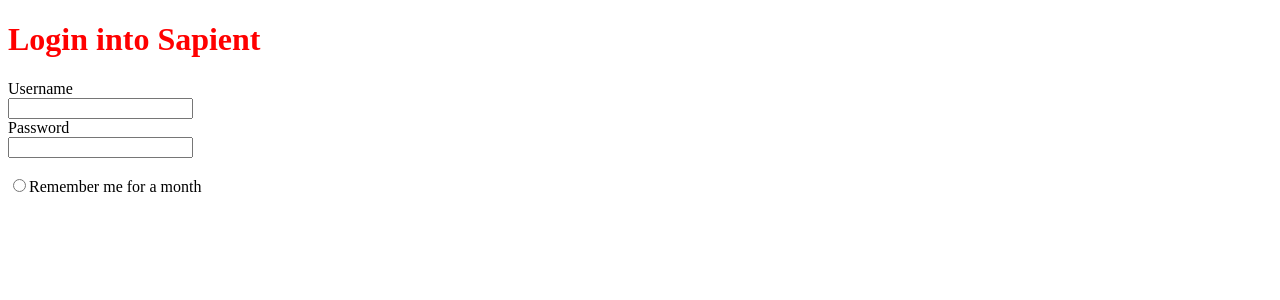
Repository: sauran/SapientTraining
Page: DemoProject/WebContent/Login.html
An editor plug-in stored every save of this project. The page is shown before and after the next save, followed by the edit.
The browser window is 1280 px wide. The pictures show the whole page.

Above is the page before, as saved 2015-09-15 08:58:36.

### DemoProject/WebContent/Login.html
<!DOCTYPE html>
<html>
<head>
<meta charset="ISO-8859-1">
<title >Welcome To Sapient</title>
</head>
<body>

<h1 style = "color:red" "text-align="right"> Login into Sapient </h1>
<form action=""  method = "get" id = "form">
Username <br>
<input  type = "text"   name = "username"><br>
Password<br>
<input type = "password"  name = "password"><br><br>

<input type  = "radio" >Remember me for a month



</form>

</body>
</html>

After the next save:
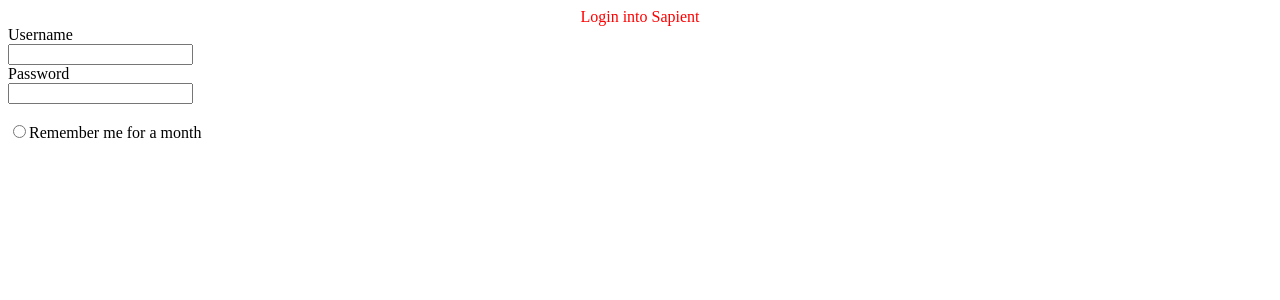
Saved 26 s later.
--- a/DemoProject/WebContent/Login.html
+++ b/DemoProject/WebContent/Login.html
@@ -6,7 +6,7 @@
 </head>
 <body>
 
-<h1 style = "color:red" "text-align="right"> Login into Sapient </h1>
+<center style = "color:red" "text-align="right"> Login into Sapient </center>
 <form action=""  method = "get" id = "form">
 Username <br>
 <input  type = "text"   name = "username"><br>

After the save that followed:
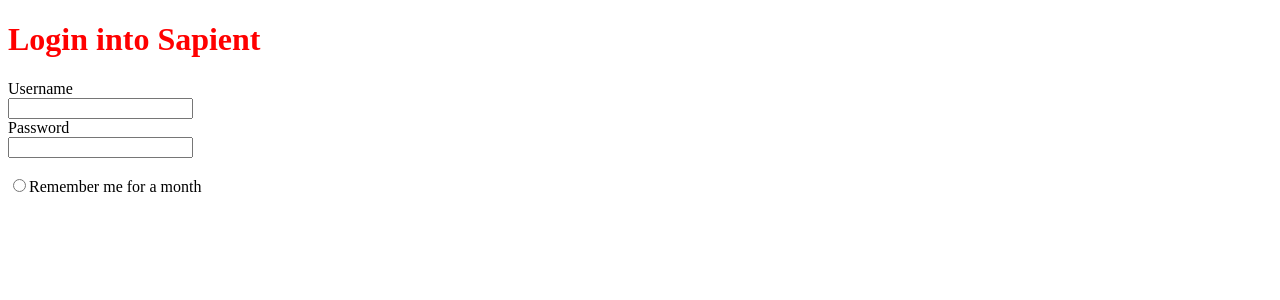
Saved 13 s later.
--- a/DemoProject/WebContent/Login.html
+++ b/DemoProject/WebContent/Login.html
@@ -6,7 +6,7 @@
 </head>
 <body>
 
-<center style = "color:red" "text-align="right"> Login into Sapient </center>
+<h1 style = "color:red" "text-align="right"> Login into Sapient </h1>
 <form action=""  method = "get" id = "form">
 Username <br>
 <input  type = "text"   name = "username"><br>
